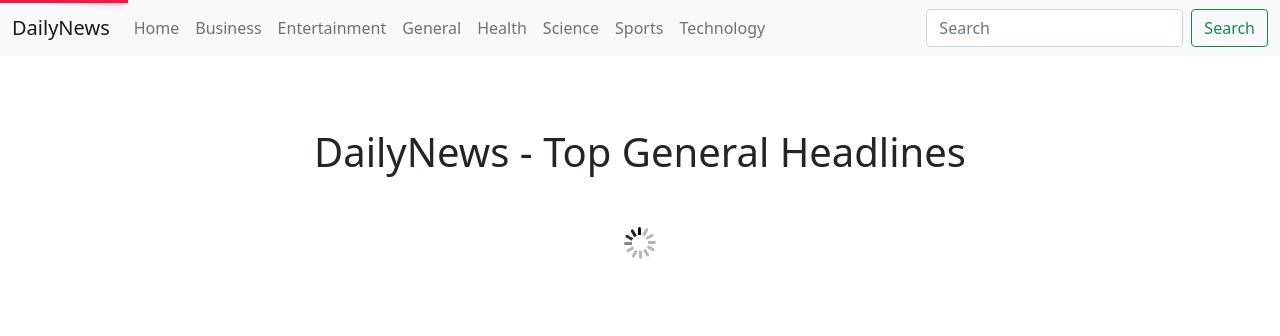
Repository: Bikki084/Daily_News
Page: /
An editor plug-in stored every save of this project. The page is shown before and after a run of saves, followed by the edit.
The browser window is 1280 px wide. The pictures show the whole page.
The page's requests for data from a server got no answer. The project was rebuilt for these pictures with package versions that can differ from the ones it lists, and the page was loaded fresh each time. No one was signed in, and anything a server would have sent is missing. Also part of the build but not shown: src/App.css, src/components/NewsItem.js.

Above is the page before, as saved 2021-12-22 01:44:24.

After the next 5 saves:
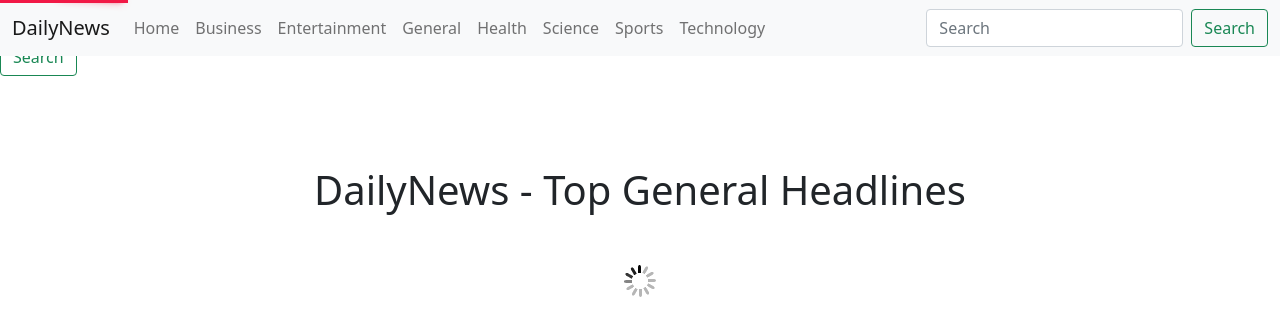
The 5 saves are shown as one change because 1 did not build or start and some came seconds apart.
The last was saved 2 min 11 s later.
--- a/src/components/Search.js
+++ b/src/components/Search.js
@@ -3,10 +3,10 @@ import React from 'react'
 const Search = () => {
     return (
         <div>
-            <form class="d-flex" method="get" action="/Search">
+            <form class="d-flex" method="get" action="/Search"/><form/>
                 <input class="form-control me-2" type="search" placeholder="Search" aria-label="Search" />
                 <button class="btn btn-outline-success" type="submit">Search</button>
-            </form>
+
         </div>
     )
 }
